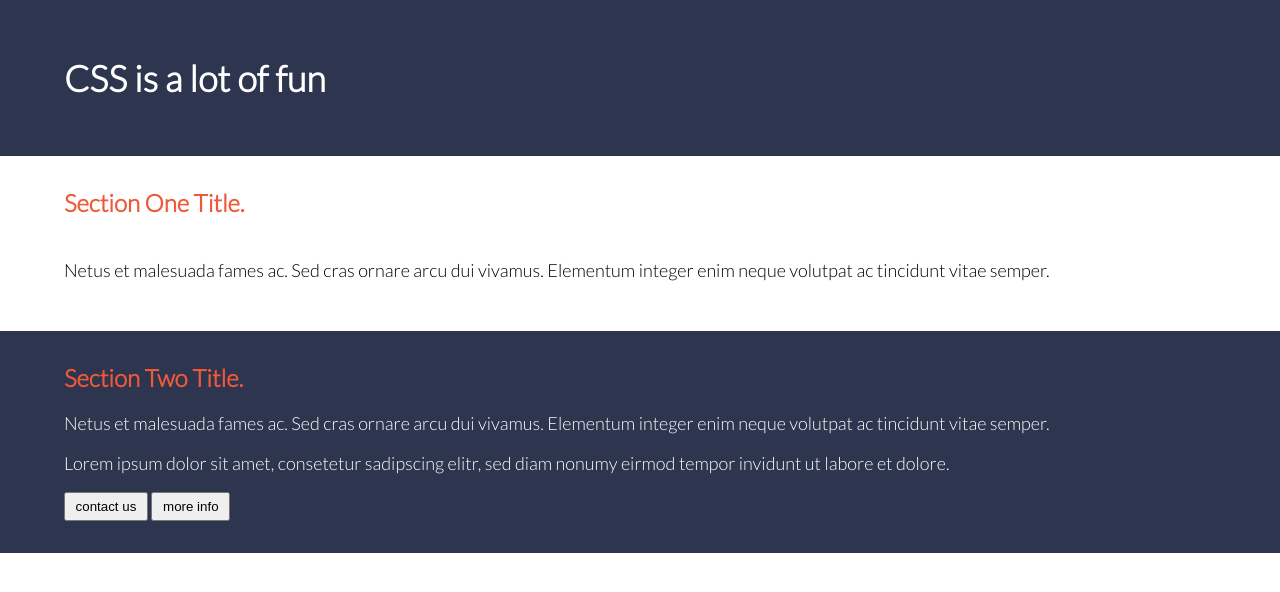
Repository: Doumham-Armah/sample-landing-page
Page: index.html
The author's editor kept a copy of each file at every save. The page is drawn from the files as they stood at one save, then again after the next save.
The browser window is 1280 px wide. The pictures show the whole page.

Above is the page before, as saved 2021-08-16 12:53:29.

After the next save:
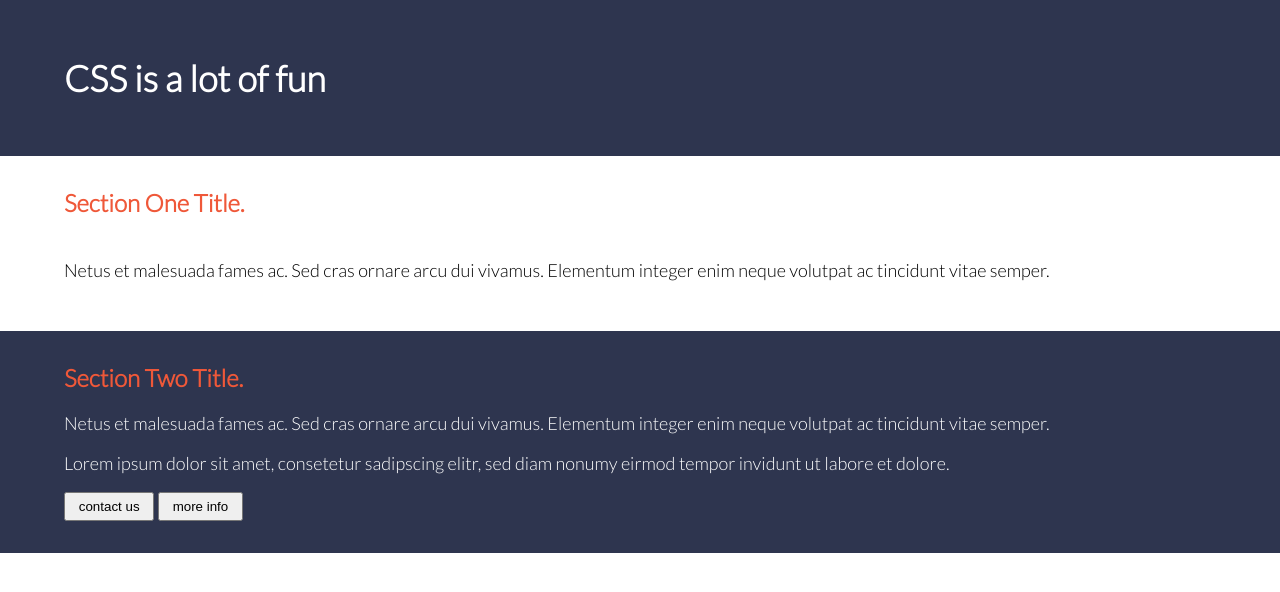
Saved 9 s later.
--- a/style.css
+++ b/style.css
@@ -25,5 +25,5 @@ p {
 }
 
 .btn {
-  padding: 0.3rem 0.6rem;
+  padding: 0.3rem 0.8rem;
 }
